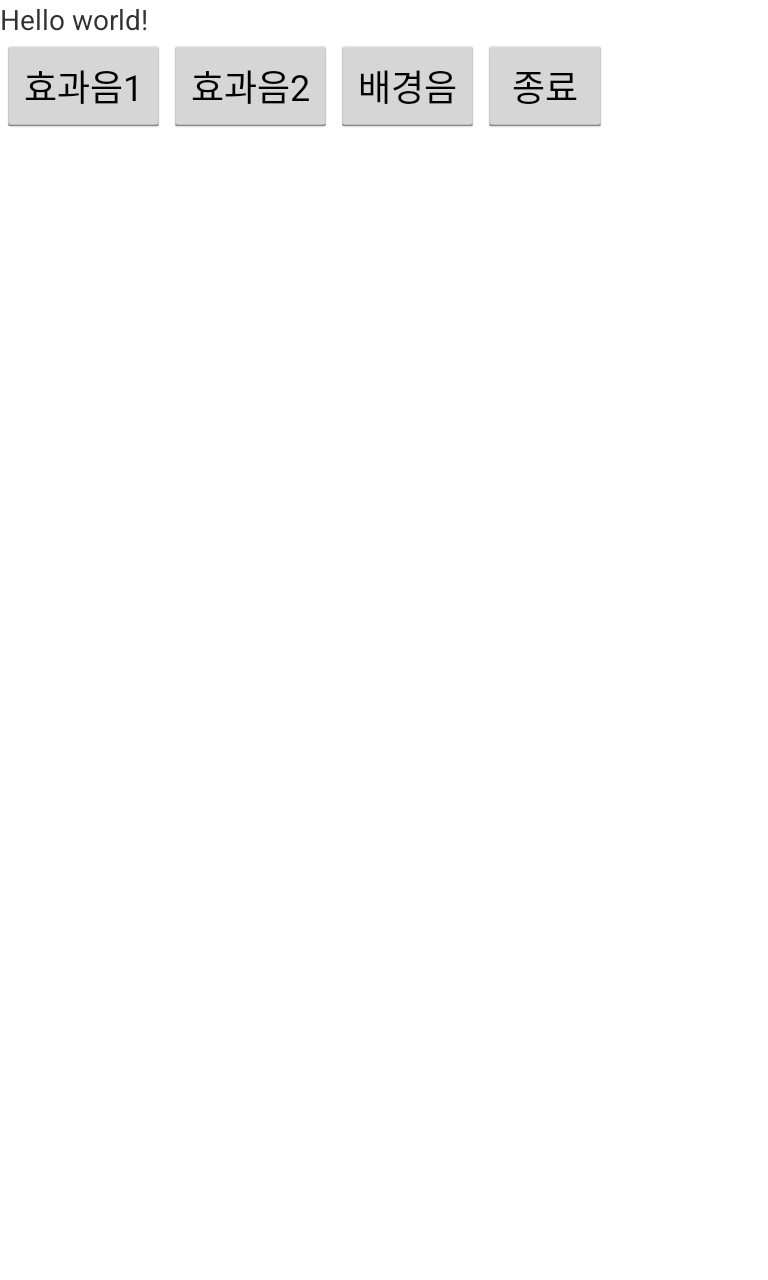
Repository: supremehappy/Android
Layout: SoundProject/res/layout/activity_main.xml
The author's editor kept a copy of each file at every save. The layout is drawn from the files as they stood at one save, then again after the next save.
It is drawn on a 768 x 1280 px phone screen (xhdpi) without system bars, with theme AppTheme; the app's code is not run.

Above is the layout before, as saved 2017-08-31 05:17:21.

After the next save:
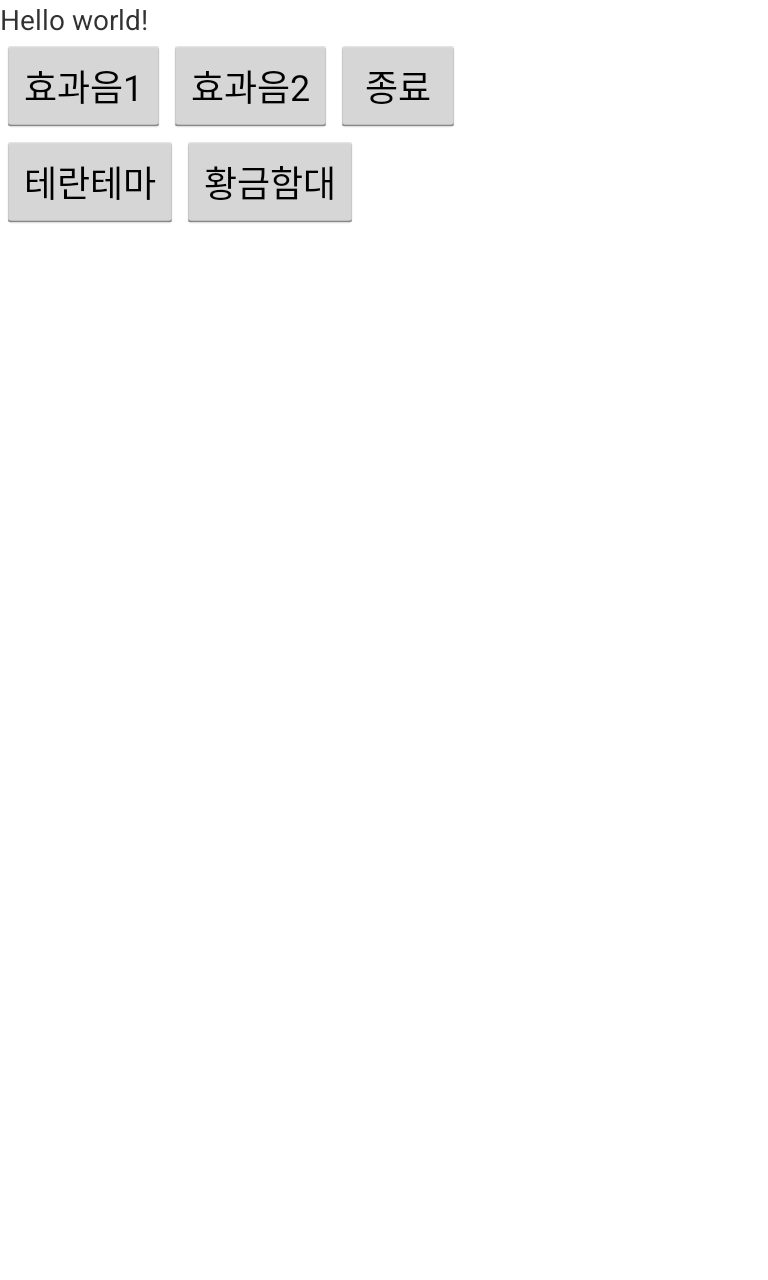
Saved 7 min 10 s later.
--- a/SoundProject/res/layout/activity_main.xml
+++ b/SoundProject/res/layout/activity_main.xml
@@ -29,17 +29,28 @@
             android:text="효과음2" />
 
         <Button
-            android:id="@+id/button3"
-            android:layout_width="wrap_content"
-            android:layout_height="wrap_content"
-            android:text="배경음" />
-
-        <Button
-            android:id="@+id/button4"
+            android:id="@+id/button5"
             android:layout_width="wrap_content"
             android:layout_height="wrap_content"
             android:text="종료" />
 
     </LinearLayout>
 
+    <LinearLayout
+        android:layout_width="match_parent"
+        android:layout_height="wrap_content" >
+
+        <Button
+            android:id="@+id/button3"
+            android:layout_width="wrap_content"
+            android:layout_height="wrap_content"
+            android:text="테란테마" />
+
+        <Button
+            android:id="@+id/button4"
+            android:layout_width="wrap_content"
+            android:layout_height="wrap_content"
+            android:text="황금함대" />
+    </LinearLayout>
+
 </LinearLayout>
